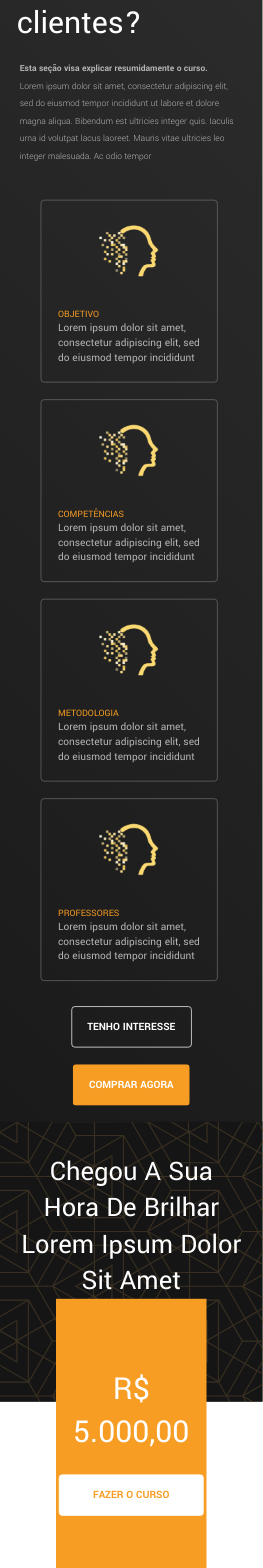
Repository: Rafael-Araujo-dev/Treinamento-Raccoon
Page: Projeto-2/index.html
These files come from the project's save history. The page is drawn as it stood at one moment and after the next save; the edit follows.
The browser window is 375 px wide. The pictures show the part of the page from y = 919 to 3159 px (the page is 3159 px tall before and 3139 px after), at 70% of full size.

Above is the page before, as saved 2021-09-23 11:41:01.

### Projeto-2/index.html
<!DOCTYPE html>
<html>
    <head>
        <title></title>
        <meta charset="utf-8"/>
        <meta name="viewport" content="width=device-width,initial-scale=1.0,maximum-scale=1.0">
        <link rel="preconnect" href="https://fonts.googleapis.com">
        <link rel="preconnect" href="https://fonts.gstatic.com" crossorigin>
        <link href="https://fonts.googleapis.com/css2?family=Yantramanav:wght@300;400;700&display=swap" rel="stylesheet">
        <link rel="stylesheet" href="css/style.css"/>
    </head>
    <body>
        <section class="hero-section">
            <div class="hero-header">
                <img class="logo" src="images/LOGOSYNAPSE_simbolo_laranja.png"/>
            </div>
            <div class="hero-container">
                <div class="hero-title">
                    Lorem ipsum dolor sit amet,<br>
                    consectetur adipiscing elit
                </div>
                <div class="hero-text">
                    Lorem ipsum dolor sit amet, consectetur adipiscing elit, sed do eiusmod tempor incididunt ut labore et dolore
                </div>
            </div>
            <div class="hero-btn-group">
                <button class="btn secondary">
                    Tenho interesse
                </button>
                <button class="btn primary">
                    Comprar agora
                </button>
            </div>
        </section>

        <section class="course-summary">
            <div class="container">
                <div class="col m">
                    <span class="rectangule"></span>
                    <span class="title">
                        Sem<br>clientes?
                    </span>
                    <div class="text">
                        <strong>Esta seção visa explicar resumidamente o curso.</strong>
                        <br>
                        Lorem ipsum dolor sit amet, consectetur adipiscing elit, sed do eiusmod tempor incididunt ut labore et dolore magna aliqua. Bibendum est ultricies integer quis. Iaculis urna id volutpat lacus laoreet. Mauris vitae ultricies leo integer malesuada. Ac odio tempor
                    </div>
                    <div class="btn-group">
                        <button class="btn secondary">
                            Tenho interesse
                        </button>
                        <button class="btn primary">
                            Comprar agora
                        </button>
                    </div>
                </div>
                <div class="col l">
                    <div class="card-container">
                        <div class="card-item">
                            <div class="container">
                                <div class="card-image">
                                    <img src="./images/Oratória Digital Logo-1.png"/>
                                </div>
                                <div class="card-description">
                                    <div class="card-title">
                                        Objetivo
                                    </div>
                                    <div class="card-text">
                                        Lorem ipsum dolor sit amet, consectetur adipiscing elit, sed do eiusmod tempor incididunt
                                    </div>
                                </div>
                            </div>
                        </div>
                        <div class="card-item">
                            <div class="container">
                                <div class="card-image">
                                    <img src="./images/Oratória Digital Logo-1.png"/>
                                </div>
                                <div class="card-description">
                                    <div class="card-title">
                                        Competências
                                    </div>
                                    <div class="card-text">
                                        Lorem ipsum dolor sit amet, consectetur adipiscing elit, sed do eiusmod tempor incididunt
                                    </div>
                                </div>
                            </div>
                        </div>
                        <div class="card-item">
                            <div class="container">
                                <div class="card-image">
                                    <img src="./images/Oratória Digital Logo-1.png"/>
                                </div>
                                <div class="card-description">
                                    <div class="card-title">
                                        Metodologia
                                    </div>
                                    <div class="card-text">
                                        Lorem ipsum dolor sit amet, consectetur adipiscing elit, sed do eiusmod tempor incididunt
                                    </div>
                                </div>
                            </div>
                        </div>
                        <div class="card-item">
                            <div class="container">
                                <div class="card-image">
                                    <img src="./images/Oratória Digital Logo-1.png"/>
                                </div>
                                <div class="card-description">
                                    <div class="card-title">
                                        Professores
                                    </div>
                                    <div class="card-text">
                                        Lorem ipsum dolor sit amet, consectetur adipiscing elit, sed do eiusmod tempor incididunt
                                    </div>
                                </div>
                            </div>
                        </div>
                    </div>
                </div>
                <center>
                    <div class="btn-group mobile">
                        <button class="btn secondary">
                            Tenho interesse
                        </button>
                        <button class="btn primary">
                            Comprar agora
                        </button>
                    </div>
                </center>
            </div>
        </section>

        <section class="take-course">
            <div class="container">
                <div class="text">
                    Chegou a sua hora de brilhar <br>lorem ipsum dolor sit amet
                </div>
                <div class="card">
                    <div class="text">
                        R$ 5.000,00
                    </div>
                    <button class="btn white">
                        Fazer o curso
                    </button>
                </div>
            </div>
        </section>

    </body>
</html>

### Projeto-2/css/style.css
* {
    margin: 0;
    padding: 0;
    box-sizing: border-box;
    font-family: 'Yantramanav', sans-serif;
}

.btn {
    font-size: 20px;
    text-transform: uppercase;
    padding: 18px 22px;
    margin: 0px 15px 24px 15px;
    font-weight: bold;
}

@media (max-width: 890px) {
    .btn {
        font-size: 20px;
    }
}

@media (max-width: 645px) {
    .btn {
        font-size: 17px;
    }
}

@media (max-width: 500px) {
    .btn {
        font-size: 16px;
    }
}

.btn.primary {
    background-color: #F89D24;
    border: 1px solid transparent;
    border-radius: 5px;
    color: #FFF;
}

.btn.secondary {
    background-color: transparent;
    border: 1px solid #FFF;
    border-radius: 5px;
    color: #FFF;
}

.btn.white {
    background-color: #FFFFFF;
    border: 1px solid #FFF;
    border-radius: 5px;
    color: #000;
}

.hero-section {
    background: rgb(26,26,26);
    background: linear-gradient(45deg, rgba(26,26,26,1) 0%, rgba(44,44,44,1) 100%);
    min-height: 100vh;
    display: flex;
    flex-direction: column;
    justify-content: space-around;
}

.hero-header .logo {
    margin-left: 3.15%;
    margin-top: 2%;
    width: 12.1%;
    max-width: 100px;
}

.hero-container {
    position: relative;
    margin: auto;
    display: flex;
    flex-direction: column;
    flex-wrap: wrap;
}

@media (max-width: 1240px) {
    .hero-container {
        width: 60%;
    }
}

@media (max-width: 1028px) {
    .hero-container {
        width: 70%;
    }
}

@media (max-width: 890px) {
    .hero-container {
        width: 80%;
    }
}

.hero-title, .hero-text {
    color: #FFFFFF;
    text-align: center;
}

.hero-title {
    font-size: 54px;
    /* margin-top: 15.5vh; */
    text-transform: capitalize;
}

@media (max-width: 890px) {
    .hero-title {
        /* margin-top: 14%; */
        font-size: 45px;
    }
}

@media (max-width: 645px) {
    .hero-title {
        /* margin-top: 8%; */
        font-size: 40.5px;
    }
}

@media (max-width: 500px) {
    .hero-title {
        /* margin-top: 0%; */
    }
}

.hero-text {
    color: #B5B5B5;
    font-size: 18px;
    width: 60%;
    margin-top: 1.8vh;
    line-height: 30px;
    align-self: center;
    margin-bottom: 35px;
}

@media (max-width: 1024px) {
    .hero-text {
        width: 80%;
    }
}

@media (max-width: 890px) {
    .hero-text {

        font-size: 15px;
        width: 50%;
    }
}

@media (max-width: 645px) {
    .hero-text {

        font-size: 13.5px;
        width: 80%;
    }
}

@media (max-width: 500px) {
    .hero-text {
        /* margin-top: 5%; */
        width: 100%;
    }
}

.hero-btn-group {
    margin-bottom: 22.5vh;
    text-align: center;
}

.course-summary {
    background: rgb(26,26,26);
    background: linear-gradient(45deg, rgba(26,26,26,1) 0%, rgba(44,44,44,1) 100%);
    min-height: 100vh;
    padding-top: 18.6vh;
    margin-top: -1px;
}

@media (max-width: 450px) {
    .course-summary {
        padding-top: 6.5vh;
    }
}

.course-summary .container {
    position: relative;
    margin: auto;
    display: flex;
    justify-content:center;
    flex-wrap: wrap;
}

.course-summary .col {
    display: flex;
}

.course-summary .col.m {
    display: flex;
    flex-direction: column;
}

.course-summary .col.l {
    margin-left: 5vw;
}

.course-summary .col .rectangule {
    position: absolute;
    margin-top: -18.5vh;
    margin-left: -5.5vw;
    border: 1px solid #FEC024;
    border-top: none;
    width: 206px;
    height: 206px;
}

.course-summary .col .title {
    font-size: 64px;
    color: #FFFFFF;
    margin-top: -2vh;
}

@media (max-width: 450px) {
    .course-summary .col .rectangule {
        margin-top: -6.5vh;
        margin-left: 3.8vw;
        width: 110px;
        height: 110px;
    }

    .course-summary .col .title {
        font-size: 48px;
        margin-left: 24px;
        margin-top: 1vh;
    }
}

.course-summary .col .text {
    font-size: 18px;
    color: #B5B5B5;
    font-weight: 300;
    max-width: 337px;
    margin-top: 2.6vh;
}

@media (max-width: 450px) {
    .course-summary .col .text {
        font-size: 13.5px;
        max-width: 85%;
        line-height: 25px;
        align-self: center;
    }
}

.course-summary .col .btn-group {
    margin-top: 11vh;
    margin-left: -15px;
}

.course-summary .btn-group.mobile {
    display: none;
    margin-top: 36px;
}

@media (max-width: 450px) {
    .course-summary .col .btn-group {
        display: none;
    }

    .course-summary .btn-group.mobile {
        display: inherit;
    }
}

.course-summary .col .btn-group .btn {
    font-size: 16px;
}

.course-summary .card-container {
    display: grid;
    grid-template-columns: repeat(2, 1fr);
    grid-template-rows: repeat(2, 1fr);
    grid-column-gap: 2vw;
    grid-row-gap: 3vh;
}

@media(max-width: 650px) {
    .course-summary .card-container {
        grid-template-columns: repeat(1, 1fr);
        grid-template-rows: repeat(1, 1fr);
        margin-left: -25px;
    }
}

@media(max-width: 450px) {
    .course-summary .card-container {
        margin-top: 50px;
    }
}

@media(max-width: 300px) {
    .course-summary .card-container {
        margin-left: -10px;
    }
}

.course-summary .card-item {
    border: 1px solid #6E6E6E;
    border-radius: 5px;
    max-width: 253px;
}

.course-summary .card-item .container {
    text-align: center;
    margin: 24px;
    padding: 0;
}

.course-summary .card-item .card-description {
    text-align: left;
}

.course-summary .card-item .card-title {
    font-size: 14px;
    color: #F89D24;
    text-transform: uppercase;
    margin-top: 3.5vh;
}

.course-summary .card-item .card-text {
    font-size: 16px;
    color: #B5B5B5;
}

.take-course {
    background-color: #191919;
    background-image: url('../images/Grupo\ 34.svg');
    height: 400px;
    margin-top: -1px;
}

.take-course .container{
    background-color: rgba(20,20,20,0.7);
}

.take-course .container {
    height: 100%;
    display: flex;
    flex-direction: row;
    justify-content: center;
    align-items: center;
    padding-right: 0;
    flex-wrap: wrap;
}

.take-course .container .text {
    font-size: 54px;
    color: #FFFFFF;
    text-align: center;
    width: 60%;
    text-transform: capitalize;
}

@media(max-width: 800px) {
    .take-course .container .text {
        font-size: 48px;
    }
}

@media(max-width: 650px) {
    .take-course .container .text {
        font-size: 40.5px;
    }
}

@media(max-width: 536px) {
    .take-course .container .text {
        width: 85%;
        margin-top: 45px;
    }
}

.take-course .container .card {
    display: flex;
    flex-direction: column;
    align-items: center;
    background-color:#F89D24;
    width: 40%;
    min-width: 215px;
    padding-top: 53px;
    padding-bottom: 75px;
}

.take-course .container .card .btn {
    margin: 0;
    margin-top: 29px;
    padding-left: 48px;
    padding-right: 48px;
    font-size: 16px;
    color: #F89D24;
}

.take-course .container .card .text {
    font-weight: normal;
    font-size: 64px;
}

@media(max-width: 800px) {
    .take-course .container .card .text {
        font-size: 54px;
    }
}

@media(max-width: 650px) {
    .take-course .container .card .text {
        font-size: 48px;
    }
}

After the next save:
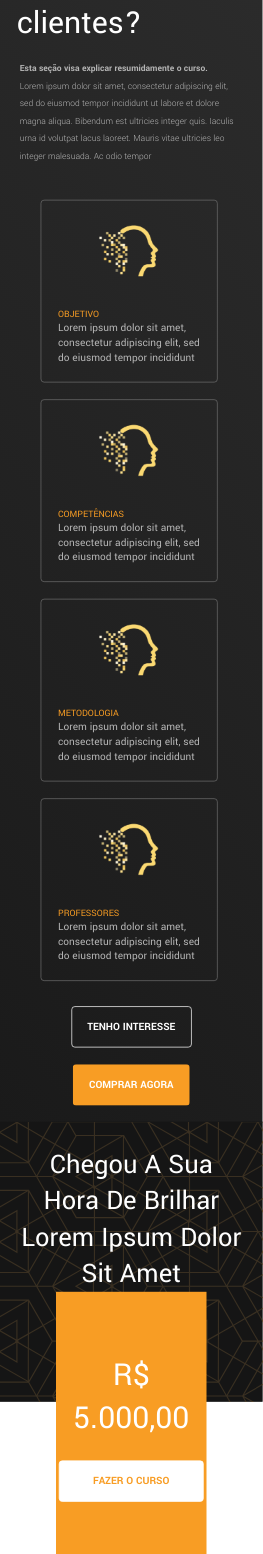
Saved 4 s later.
--- a/Projeto-2/css/style.css
+++ b/Projeto-2/css/style.css
@@ -376,7 +376,7 @@
 @media(max-width: 536px) {
     .take-course .container .text {
         width: 85%;
-        margin-top: 45px;
+        margin-top: 35px;
     }
 }
 
